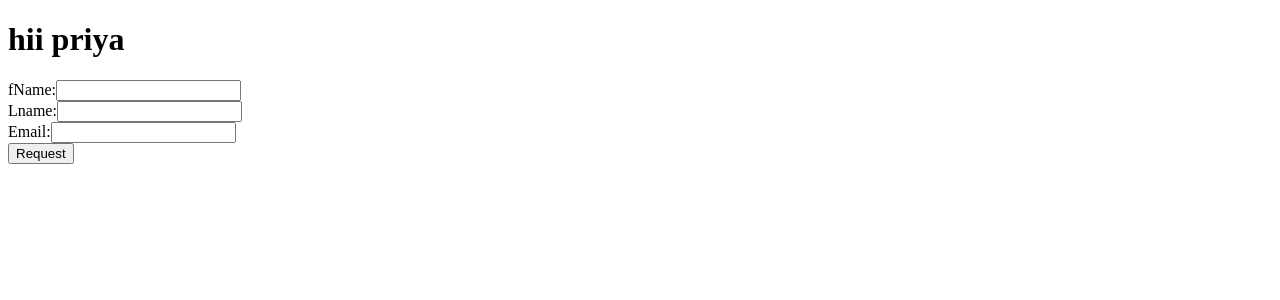
Repository: priyaadya/spring-practice-codes
Page: http://localhost/servletpractice/
These files come from the project's save history. The page is drawn as it stood at one moment and after the next save; the edit follows.
The browser window is 1280 px wide. The pictures show the whole page.
The page is served by Tomcat 9. Other server files are loaded and not shown.

Above is the page before, as saved 2023-05-28 13:48:59.

### servletpractice/src/main/webapp/index.jsp
<%@ page language="java" contentType="text/html; charset=ISO-8859-1"
    pageEncoding="ISO-8859-1"%>
<!DOCTYPE html>
<html>
<head>
<meta charset="ISO-8859-1">
<title>Insert title here</title>
</head>
<body>
<h1>hii priya</h1>
<form action="fs">
fName:<input type="text" name="fnm"></br>
Lname:<input type="text" name="lnm"></br>
Email:<input type="text" name="em"></br>
<input type="submit" value="Request">
</form>

</body>
</html>

After the next save:
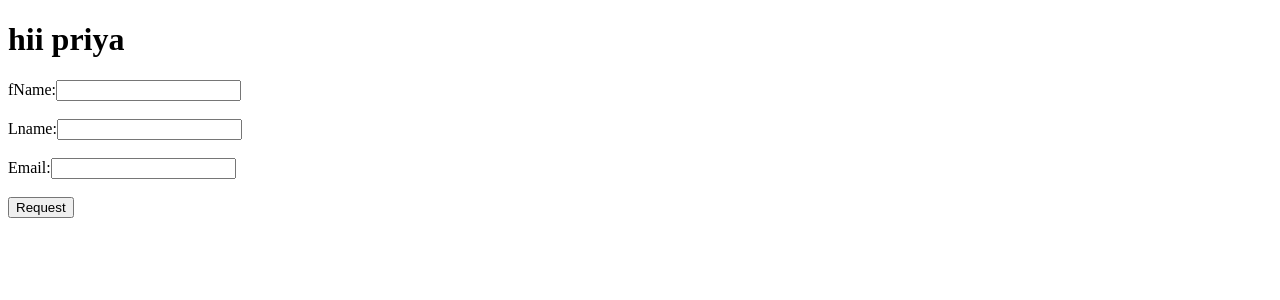
Saved 3 min 20 s later.
--- a/servletpractice/src/main/webapp/index.jsp
+++ b/servletpractice/src/main/webapp/index.jsp
@@ -9,9 +9,9 @@
 <body>
 <h1>hii priya</h1>
 <form action="fs">
-fName:<input type="text" name="fnm"></br>
-Lname:<input type="text" name="lnm"></br>
-Email:<input type="text" name="em"></br>
+fName:<input type="text" name="fnm"><br><br>
+Lname:<input type="text" name="lnm"><br><br>
+Email:<input type="text" name="em"></br><br>
 <input type="submit" value="Request">
 </form>
 
